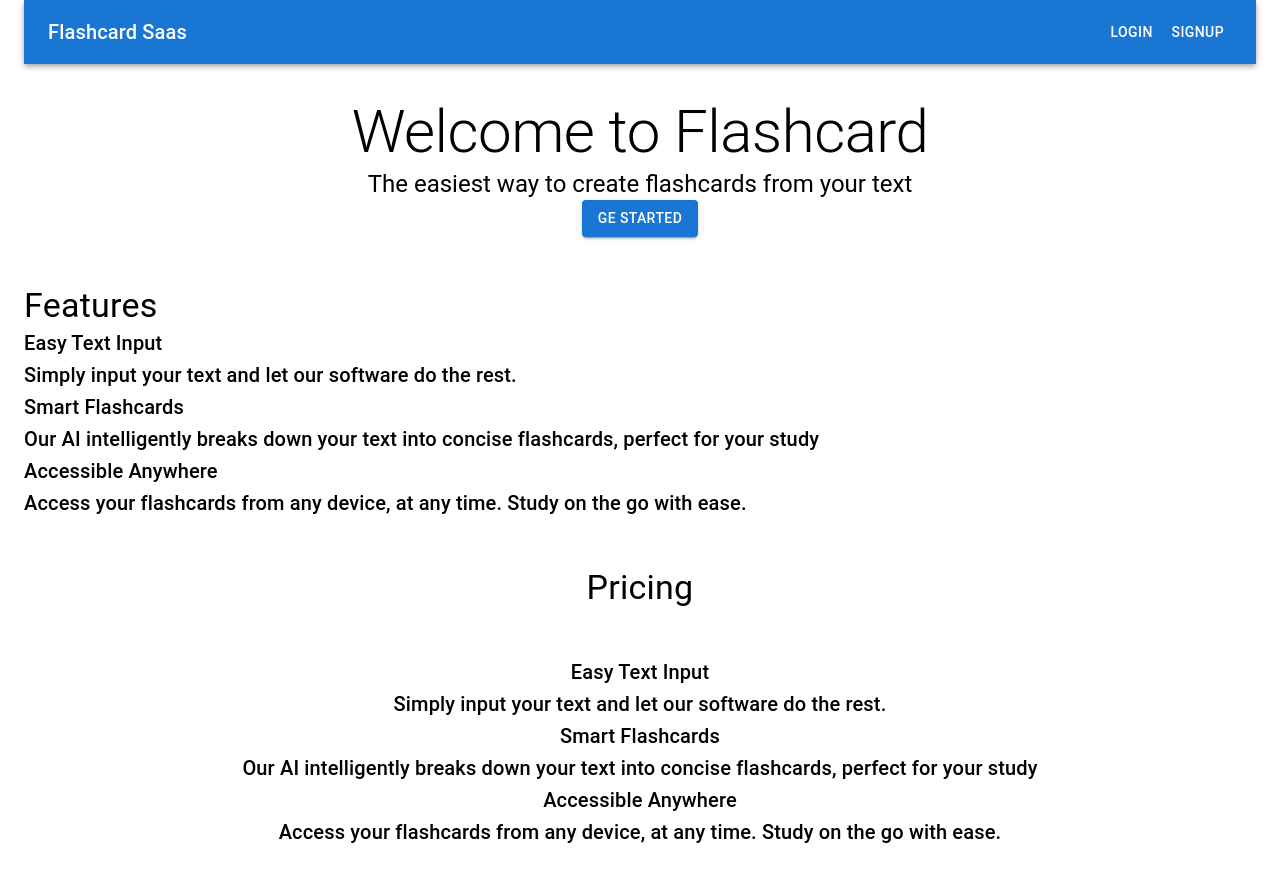
Repository: rakeshpuppala2590/AI-Flashcards-Stripe
Page: /
The author's editor kept a copy of each file at every save. The page is drawn from the files as they stood at one save, then again after the next save.
The browser window is 1280 px wide. The pictures show the whole page.
The page's requests for data from a server got no answer. The project was rebuilt for these pictures with package versions that can differ from the ones it lists, and the page was loaded fresh each time. Some packages were replaced by stand-ins written for this rebuild. The framework's server and built-in components were replaced by stand-ins that run in the browser. No one was signed in, and anything a server would have sent is missing. Also part of the build but not shown: next.config.mjs.

Above is the page before, as saved 2024-08-12 15:01:40.

### src/app/page.js
import getStripe from "../../utils/get-stripe";
import { SignedIn, SignedOut, UserButton } from "@clerk/nextjs";
import Head from "next/head";
import {
  Grid,
  AppBar,
  Button,
  Container,
  Toolbar,
  Typography,
  Box,
} from "@mui/material";

export default function Home() {
  return (
    <Container maxWidth="100vW">
      <Head>
        <title>Flashcard Saas</title>
        <meta
          name="description"
          content="create flashcard from your text"
        ></meta>
      </Head>

      <AppBar position="static">
        <Toolbar>
          <Typography variant="h6" style={{ flexGrow: 1 }}>
            Flashcard Saas
          </Typography>
          <SignedOut>
            <Button color="inherit">Login</Button>
            <Button color="inherit">SignUp</Button>
          </SignedOut>
          <SignedIn>
            <Button>Logout</Button>
          </SignedIn>
        </Toolbar>
      </AppBar>

      <Box
        sx={{
          textAlign: "center",
          my: 4,
        }}
      >
        <Typography variant="h2">Welcome to Flashcard</Typography>
        <Typography variant="h5">
          {" "}
          The easiest way to create flashcards from your text
        </Typography>
        <Button variant="contained" color="primary">
          Ge Started
        </Button>
      </Box>
      <Box sx={{ my: 6 }}>
        <Typography variant="h4">Features</Typography>
        <Grid>
          <Grid item xs={12} md={4}>
            {" "}
            <Typography variant="h6">Easy Text Input</Typography>
            <Typography variant="h6"> </Typography>
            <Typography variant="h6">
              Simply input your text and let our software do the rest.
            </Typography>
          </Grid>
          <Grid item xs={12} md={4}>
            {" "}
            <Typography variant="h6">Smart Flashcards</Typography>
            <Typography variant="h6"> </Typography>
            <Typography variant="h6">
              Our AI intelligently breaks down your text into concise
              flashcards, perfect for your study
            </Typography>
          </Grid>
          <Grid item xs={12} md={4}>
            {" "}
            <Typography variant="h6">Accessible Anywhere</Typography>
            <Typography variant="h6"> </Typography>
            <Typography variant="h6">
              Access your flashcards from any device, at any time. Study on the
              go with ease.
            </Typography>
          </Grid>
        </Grid>
      </Box>
      <Box sx={{ my: 6, textAlign: "center" }}>
        <Typography variant="h4">Pricing</Typography>
        <Grid contained spacing={4}>
          <Grid item xs={12} md={4}>
            <Box
              sx={{
                p: 3,
              }}
            ></Box>
            <Typography variant="h6">Easy Text Input</Typography>
            <Typography variant="h6"> </Typography>
            <Typography variant="h6">
              {" "}
              Simply input your text and let our software do the rest.
            </Typography>
          </Grid>
          <Grid item xs={12} md={4}>
            {" "}
            <Typography variant="h6">Smart Flashcards</Typography>
            <Typography variant="h6"> </Typography>
            <Typography variant="h6">
              Our AI intelligently breaks down your text into concise
              flashcards, perfect for your study
            </Typography>
          </Grid>
          <Grid item xs={12} md={4}>
            {" "}
            <Typography variant="h6">Accessible Anywhere</Typography>
            <Typography variant="h6"> </Typography>
            <Typography variant="h6">
              Access your flashcards from any device, at any time. Study on the
              go with ease.
            </Typography>
          </Grid>
        </Grid>
      </Box>
    </Container>
  );
}

### utils/get-stripe.js
import { loadStripe } from "@stripe/stripe-js";
let stripePromise;
const getStripe = () => {
  if (!stripePromise) {
    stripePromise = loadStripe(process.env.NEXTJS_PUBLIC_STRIPE_PULIC_KEY);
  }
  return stripePromise;
};
export default getStripe;

Loaded but not shown: src/app/layout.js (common file); src/app/globals.css (common file); tailwind.config.js (common file)

After the next save:
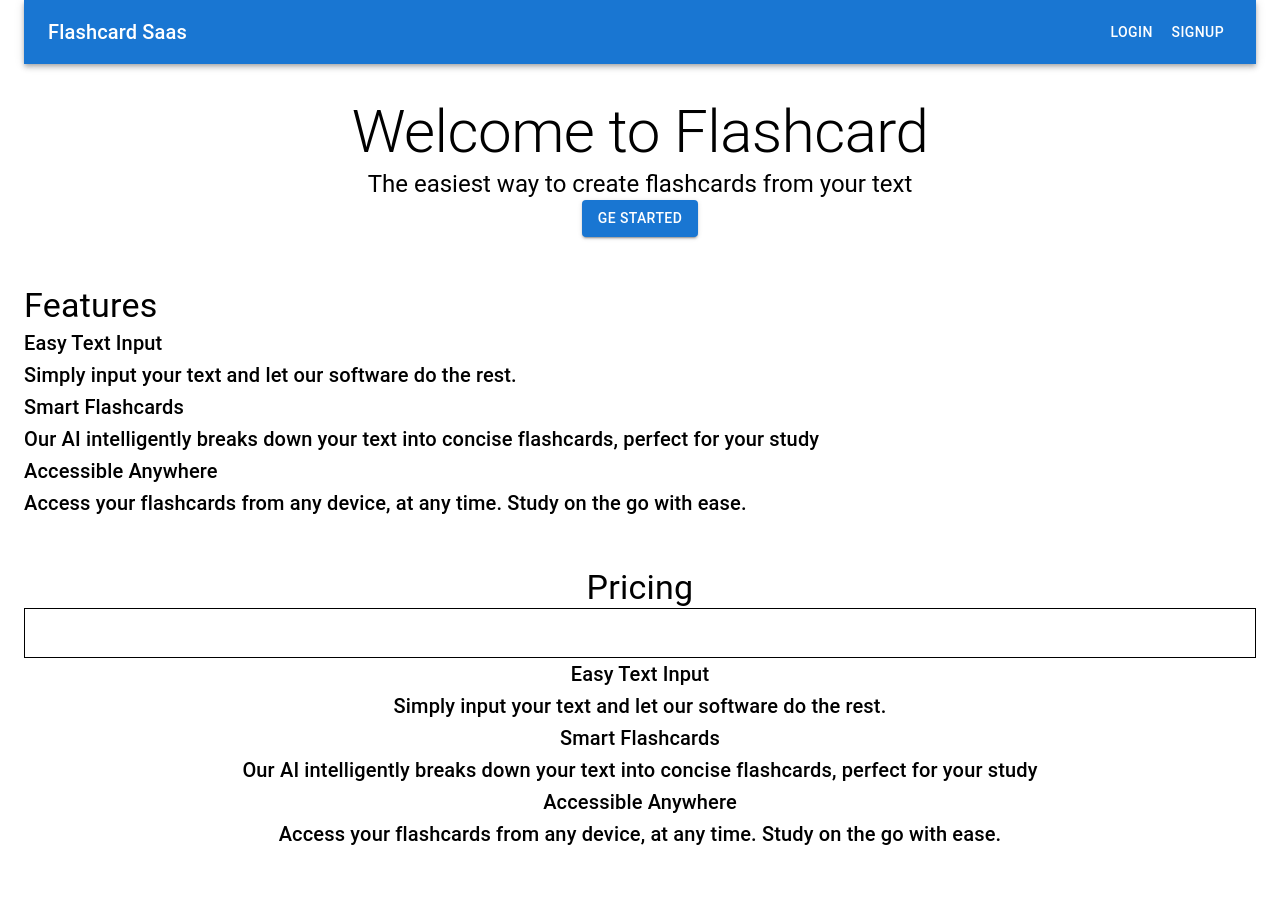
Saved 19 s later.
--- a/src/app/page.js
+++ b/src/app/page.js
@@ -90,6 +90,7 @@ export default function Home() {
             <Box
               sx={{
                 p: 3,
+                border: "1px solid",
               }}
             ></Box>
             <Typography variant="h6">Easy Text Input</Typography>
